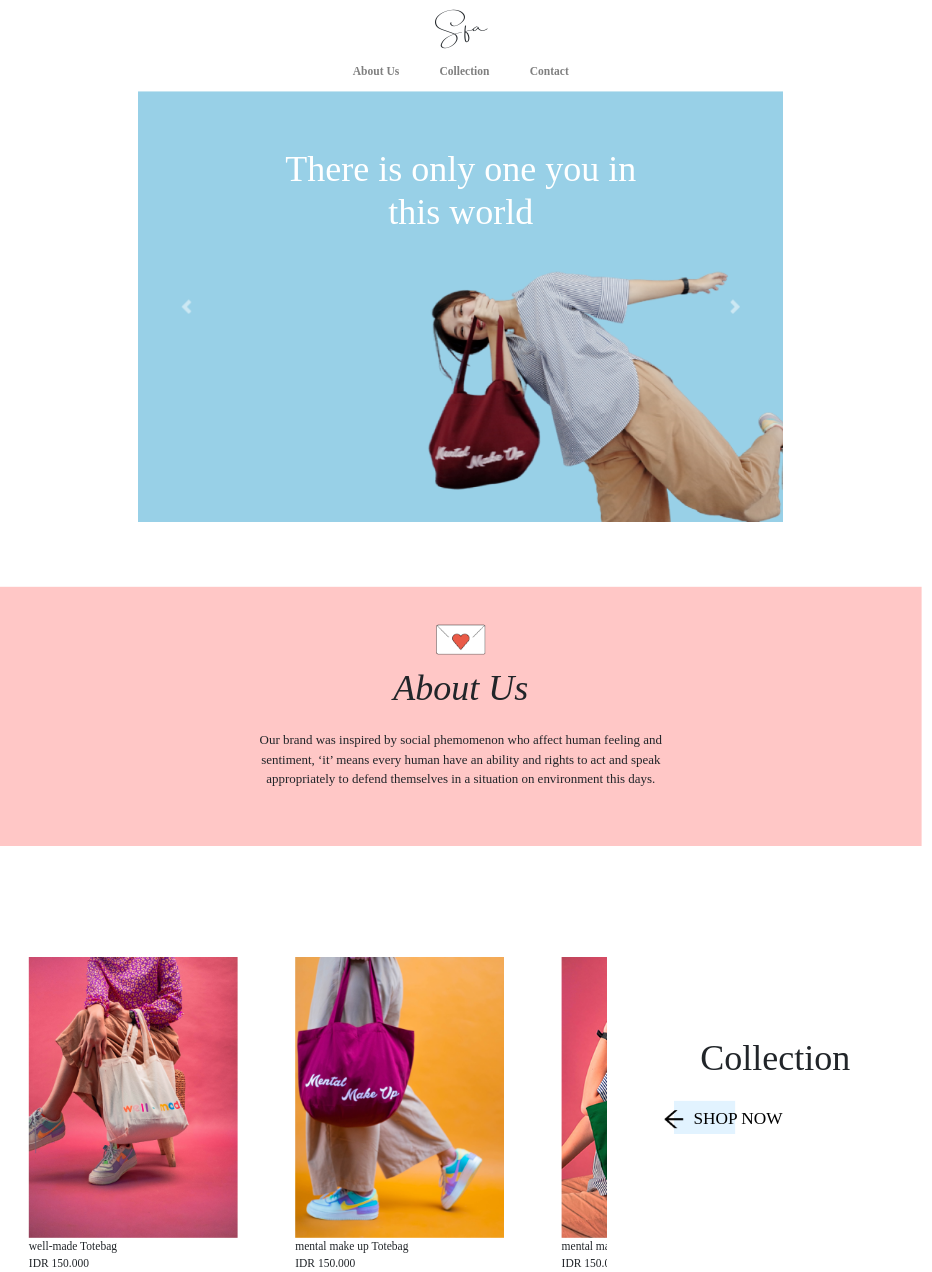
Repository: bismowibi/savoir
Page: index.html
The author's editor kept a copy of each file at every save. The page is drawn from the files as they stood at one save, then again after a run of saves.
The browser window is 1280 px wide. The page is 1295 px wide, so the pictures cover 1295 px, including what lies to the right of the window. The pictures show the whole page, at 72% of full size.
Some web libraries are served in a nearby version.

Above is the page before, as saved 2020-04-04 03:31:10.

### index.html
<!doctype html>
<html lang="en">

<head>
  <title>Title</title>
  <!-- Required meta tags -->
  <meta charset="utf-8">
  <meta name="viewport" content="width=device-width, initial-scale=1, shrink-to-fit=no">
  <!-- Internal CSS -->
  <link rel="stylesheet" href="style.css">
  <!-- Bootstrap CSS -->
  <link rel="stylesheet" href="https://stackpath.bootstrapcdn.com/bootstrap/4.3.1/css/bootstrap.min.css"
    integrity="sha384-ggOyR0iXCbMQv3Xipma34MD+dH/1fQ784/j6cY/iJTQUOhcWr7x9JvoRxT2MZw1T" crossorigin="anonymous">
  <!-- Icon -->
  <script src="https://kit.fontawesome.com/c5d0666ee9.js" crossorigin="anonymous"></script>
</head>

<body>

  <!-- Optional JavaScript -->
  <!-- jQuery first, then Popper.js, then Bootstrap JS -->
  <script src="https://code.jquery.com/jquery-3.3.1.slim.min.js"
    integrity="sha384-q8i/X+965DzO0rT7abK41JStQIAqVgRVzpbzo5smXKp4YfRvH+8abtTE1Pi6jizo" crossorigin="anonymous">
  </script>
  <script src="https://cdnjs.cloudflare.com/ajax/libs/popper.js/1.14.7/umd/popper.min.js"
    integrity="sha384-UO2eT0CpHqdSJQ6hJty5KVphtPhzWj9WO1clHTMGa3JDZwrnQq4sF86dIHNDz0W1" crossorigin="anonymous">
  </script>
  <script src="https://stackpath.bootstrapcdn.com/bootstrap/4.3.1/js/bootstrap.min.js"
    integrity="sha384-JjSmVgyd0p3pXB1rRibZUAYoIIy6OrQ6VrjIEaFf/nJGzIxFDsf4x0xIM+B07jRM" crossorigin="anonymous">
  </script>

  <section id="title">
    <div class="container-fluid">

      <!-- Header-logo -->
      <header id="site-header">
        <h5>Sfa</h5>
      </header>

      <!-- Navigation Bar -->
      <nav class="navbar navbar-expand-lg navbar-light">
        <a class="navbar-brand d-block d-sm-block d-md-bock d-lg-none navbar-right" style="float: none;"
          href="#">Sfa</a>

        <!-- Navbar Collapse Button -->
        <button class="navbar-toggler" type="button" data-toggle="collapse" data-target="#navbarTogglerDemo02"
          aria-controls="navbarTogglerDemo02" aria-expanded="false" aria- label="Toggle navigation">
          <span class="navbar-toggler-icon"></span>
        </button>

        <!-- Navbar Menu -->
        <div class="collapse navbar-collapse" id="navbarTogglerDemo02">
          <ul class="navbar-nav mx-auto">
            <li class="nav-item"><a class="nav-link" href="">About Us</a></li>
            <li class="nav-item"><a class="nav-link" href="">Collection</a></li>
            <li class="nav-item"><a class="nav-link" href="">Contact</a></li>
          </ul>
      </nav>
  </section>

  <!-- Home  -->
  <section id="home">
    <!-- <div class="container"> -->
    <div id="carouselExampleControls" class="carousel slide" data-ride="carousel" data-interval="0">
      <div class="carousel-inner">
        <!-- Card 1  -->
        <div class="carousel-item active">
          <div class="row card-1">
            <div class="col-lg-12">
              <h2 class="text-center">There is only one you in <br>this world</h2>
            </div>
            <div class="col-lg-12">
              <img class="img-card-1" src="/Photos/card-1.png" alt="">
            </div>
          </div>
        </div>
        <!-- Card 2  -->
        <div class="carousel-item">
          <div class="row card-2">
            <div class="col-lg-6">
              <img class="img-card-2" src="/Photos/card-2.png" alt="">
            </div>
            <div class="col-lg-6">
              <h2>Chic and <br>Colourful</h2>
            </div>
          </div>
        </div>
        <!-- Card 3 -->
        <div class="carousel-item">
          <div class="row card-3">
            <div class="col-lg-6">
              <h2>Savoir Faire Attache</h2>
            </div>
            <div class="col-lg-6">
              <img class="img-card-3" src="/Photos/card-3.png" alt="">
            </div>
          </div>
        </div>
        <!-- Card 4 -->
        <div class="carousel-item">
          <div class="row card-4">
            <div class="col-lg-6">
              <h2>Grab yours now!</h2>
            </div>
            <div class="col-lg-6">
              <img class="img-card-4" src="/Photos/card-4-n.png" alt="">
            </div>
          </div>
        </div>
      </div>
      <!-- Button Slider  -->
      <a class="carousel-control-prev" href="#carouselExampleControls" role="button" data-slide="prev">
        <span class="carousel-control-prev-icon" aria-hidden="true"></span>
        <span class="sr-only">Previous</span>
      </a>
      <a class="carousel-control-next" href="#carouselExampleControls" role="button" data-slide="next">
        <span class="carousel-control-next-icon" aria-hidden="true"></span>
        <span class="sr-only">Next</span>
      </a>
    </div>
    </div>
  </section>

  <section id="about-us">
    <div class="container-fluid">
      <div class="row text-center">
        <div class="col-about col-lg-12 ">
          <img class="love-letter" src="/Photos/love-letter.png" alt="">
        </div>
        <div class="col-lg-12 text-center">
          <h2>About Us</h2>
          <p class="">Our brand was inspired by social phemomenon who affect human feeling and <br> sentiment, ‘it’ means every human have an ability and rights to act and speak <br>appropriately to defend themselves in a situation on environment this days. </p>
        </div>
      </div>
    </div>
    </div>
  </section>


  <!-- Collection -->
  <section id="collection">
    <!-- Scroling -->
    <div class="row scrolling-row">
      <div class="col-lg-8 sm-12">
        <div class="scrolling-wrapper-flexbox">
          <div class="card">
            <img src="/Photos/img-collect-1.png" alt="">
            <span>well-made Totebag <br>IDR 150.000<span>
          </div>
          <div class="card">
            <img src="/Photos/img-collect-2.png" alt="">
            <span>mental make up Totebag <br>IDR 150.000<span>
          </div>
          <div class="card">
            <img src="/Photos/img-collect-3.png" alt="">
            <span>mental make up Totebag <br>IDR 150.000<span>
          </div>
          <div class="card">
            <img src="/Photos/img-collect-4.png" alt="">
            <span>amore Totebag <br>IDR 150.000<span>
          </div>
        </div>
      </div>
      <div class="shop-now col-lg-4 sm-12">
        <h1 class="text-center">Collection</h1>
        <div class="arrow">
          <img class="img-arrow" src="/Photos/arrow-biru.png" alt="">
          <a href="https://linktr.ee/savoirfaire_attache" target="_blank">
            <h4> SHOP NOW</h4>
          </a>
        </div>

      </div>
      </di>

  </section>













</body>

</html>

### style.css
/* Header - Logo */
#site-header {
    text-align: center;
    padding-top: 2%;
    font-family: "BeautyDream";
    font-size: 4rem;
}

#site-header h5 {
    font-size: 2rem;
}



/* Home Card Background */
.card-1 {
    background-color: #98D0E7;
}

.card-2 {
    background-color: #D54C63;
}

.card-3 {
    background-color: #FECF70;
}

.card-4 {
    background-color: #F7E6D8;
}

/* Home */
#home {
    padding: 0% 15% 7%;
}

#carouselExampleControls h2 {
    font-family: "Futura";
    font-size: 50px;
    position: relative;
}

/* Card 1  */
.img-card-1 {
    position: relative;
    left: 35%;
    height: 470px;
}

.card-1 h2 {
    top: 60%;
    color: white;
}

/* Card 2 */
.img-card-2 {
    position: relative;
    left: 25%;
}

.card-2 h2 {
    color: #ffff;
    top: 40%;
    left: 10%;
}

/* Card 3 */
.card-3 h2 {
    color: #9C7C62;
    top: 35%;
    left: 23%;
}

/* Card-4 */
.card-4 h2 {
    left: 30%;
    top: 20%;
    color: #D54C63;
}

.img-card-4{

}
/* About Us */
#about-us {
    background-color: #FFC7C6;
    height: 360px;
    /* text-align: center; */
    padding: 3% 15% 3%;
    font-family: "GTWalsheimProRegular";
}

#about-us p{
    font-size: 18px;
    line-height: 27px;
    margin-top:30px;
}

#about-us h2 {
    font-family: Futura;
    font-style: italic;
    font-weight: 500;
    font-size: 50px;
}


/* Collection */

#collection {
    padding-top: 12%;
    font-family: "GTWalsheimProRegular";
}

.scrolling-wrapper-flexbox {
    display: flex;
    flex-wrap: nowrap;
    overflow-x: auto;


}

.scrolling-wrapper-flexbox::-webkit-scrollbar {
    display: none;

}


.card {
    flex: 0 0 auto;
    /* height: 290px;
    width: 390px; */
    margin-left: 40px;
    margin-right: 40px;
    border: none !important;

}

#collection h1 {
    font-size: 50px;
    margin-top: 110px;

}

.arrow {
    margin-left: 45px;
    margin-top: 30px;

}

.arrow h4 {
    left: 24%;
    position: absolute;
    top: 48%;
}

#collection a {
    color: black;
}

#collection a:hover {
    color: #d24967;
}






/* Mobile Version */
@media only screen and (max-width:990px) {
    #site-header {
        display: none;
    }
}

/* Navigation Bar */
.navbar-nav>li {
    padding-left: 20px;
    padding-right: 20px;
    font-family: "GTWalsheimProRegular";
    font-weight: bold;
}

.navbar-brand {
    font-family: "BeautyDream";
    font-size: 2.5rem !important;
}



@media only screen and (max-width:990px) {
    #home {
        padding: 0 0 0 0 !important;
    }

    /* Heading 2 Mobile */
    #carouselExampleControls h2 {
        font-size: 30px;
        justify-content: center;
        display: flex;
        flex-direction: column;
        left: 27%;
    }

    /* Card 1 Mobile */
    .img-card-1 {
        height: 448px;
        position: relative;
        left: 4%;

    }

    /* Card 2 Mobile */
    .img-card-2 {
        position: relative;
        top: 30%;
        left: 10%;
        width: 80%;
    }

    .card-2 h2 {
        top: -490%
    }

    /* Card 3 Mobile */
    .card-3 h2 {
        top: 70% !important;
    }

    .img-card-3 {
        width: 80%;
        position: relative;
        left: 10%;
        top: 7%;

    }

    /* Card 4 Mobile */
    .img-card-4 {
        width: 81.5%;
        left: 10%;
        position: relative;
        top: 5%;
    }

    .card-3 h2 {

        top: 45%;
    }


    /* About Us Mobile Ver */
    #about-us {
        margin-top: 20%;
        padding-left: 0%;
        padding-right: 0%;
    }

    #about-us h2 {
        font-size: 30px;
    }

    #about-us p {
        font-size: 13px;
    }

    /* Collection  Mobile Ver*/
    #collection {
        padding-top: 20%;
    }

    #collection h1 {
        font-size: 30px;
        margin-top: 0;

    }

    .arrow h4 {
        font-size: 15px;
        ;
        left: 30%;

    }

    .scrolling-row {
        display: flex;
        flex-direction: column-reverse;
    }

    .img-arrow {
        left: 5%;
        position: relative;
        margin-bottom: 13%;
    }
}

}

/* Font  */



@font-face{

    font-family: 'GTWalsheimProRegular';
    src: url('Font/GT Walsheim Pro Medium.eot');
    src: url('Font/GT Walsheim Pro Medium.eot?#iefix') format('embedded-opentype'),
         url('Font/GT Walsheim Pro Medium.woff2') format('woff2'),
         url('Font/GT Walsheim Pro Medium.woff') format('woff'),
         url('Font/GT Walsheim Pro Medium.svg#GTWalsheimProMedium') format('svg');
    font-weight: normal;
    font-style: normal;

    }


@font-face {

    font-family: 'BeautyDream';
    src: url('Font/Beauty-Dream.eot');
    src: url('Font/Beauty-Dream.eot?#iefix') format('embedded-opentype'),
         url('Font/Beauty-Dream.woff2') format('woff2'),
         url('Font/Beauty-Dream.woff') format('woff'),
         url('Font/Beauty-Dream.svg#Beauty-Dream') format('svg');
    font-weight: normal;
    font-style: normal;

    }

After the next 2 saves:
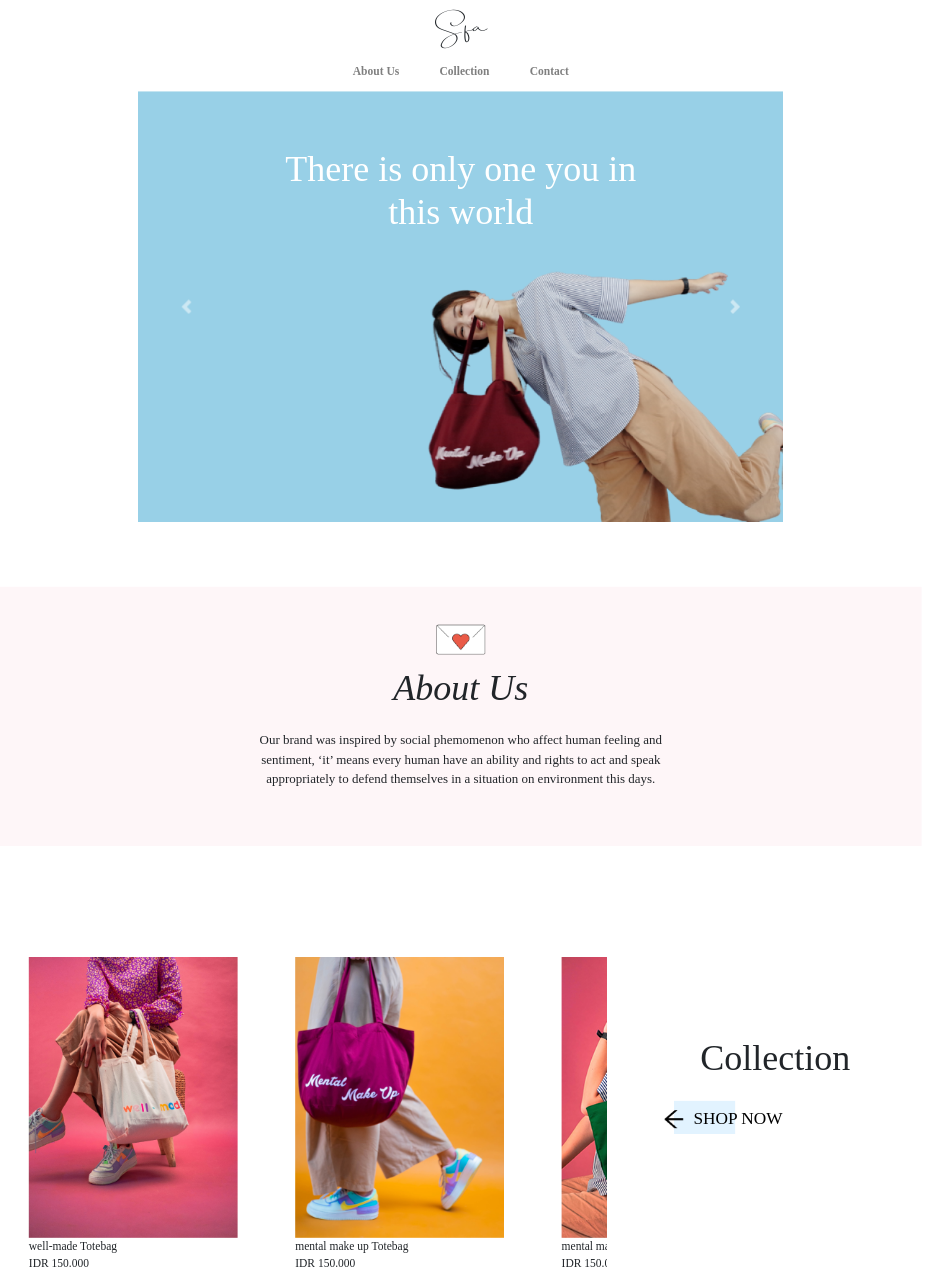
The 2 saves are shown as one change because they came seconds apart.
The last was saved 14 s later.
--- a/style.css
+++ b/style.css
@@ -83,7 +83,7 @@
 }
 /* About Us */
 #about-us {
-    background-color: #FFC7C6;
+    background-color: #FEF6F8;
     height: 360px;
     /* text-align: center; */
     padding: 3% 15% 3%;
